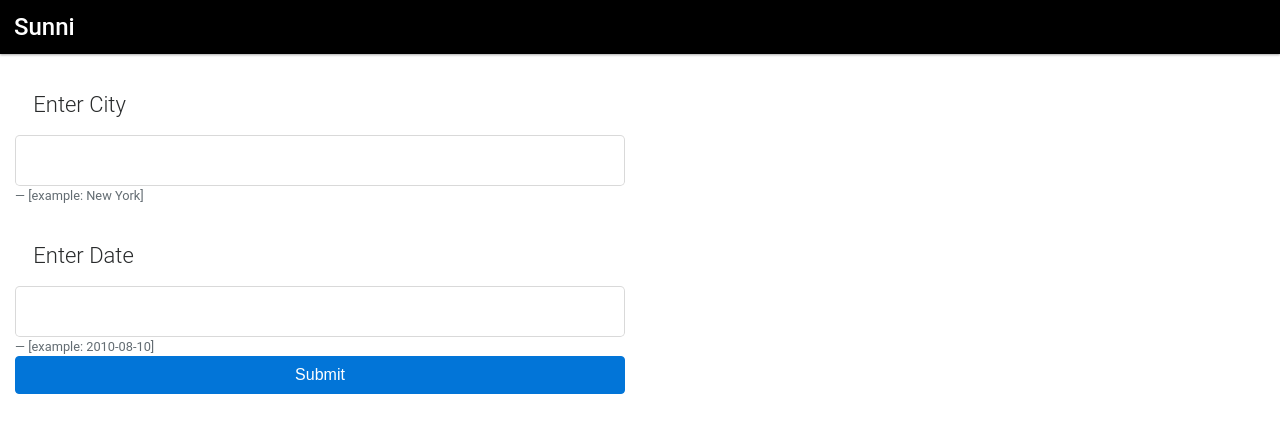
Repository: Oakga/Weather_app
Page: index.html
The author's editor kept a copy of each file at every save. The page is drawn from the files as they stood at one save, then again after the next save.
The browser window is 1280 px wide. The pictures show the whole page.

Above is the page before, as saved 2017-09-22 06:23:15.
Console error: SyntaxError: Unexpected token 'const'

After the next save:
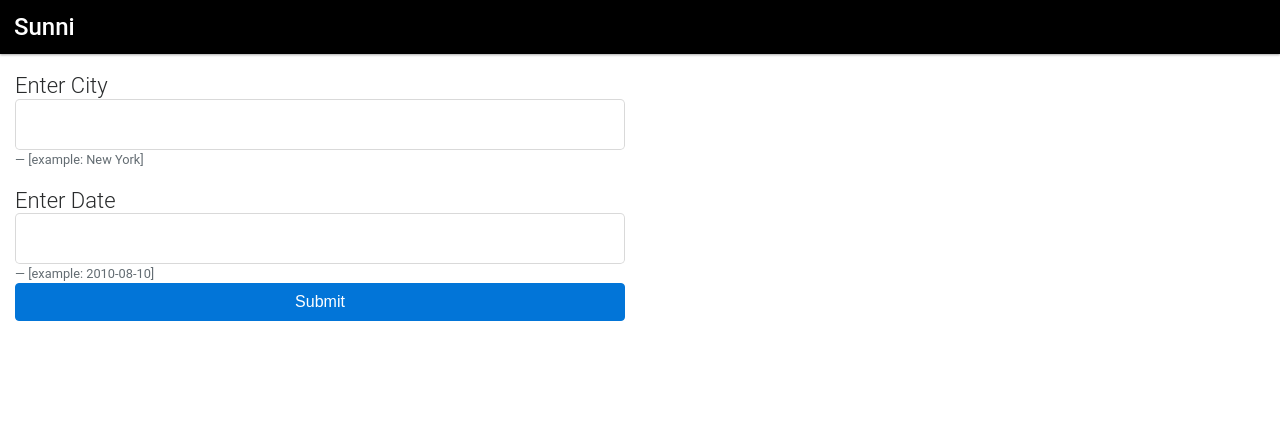
Saved 16 s later.
--- a/css/styles.css
+++ b/css/styles.css
@@ -25,7 +25,6 @@ header > h1 {
 h2 {
     font-size: 22px;
     margin: 20px 0 0 0;
-    padding: 3%;
 }
 
 .table {
